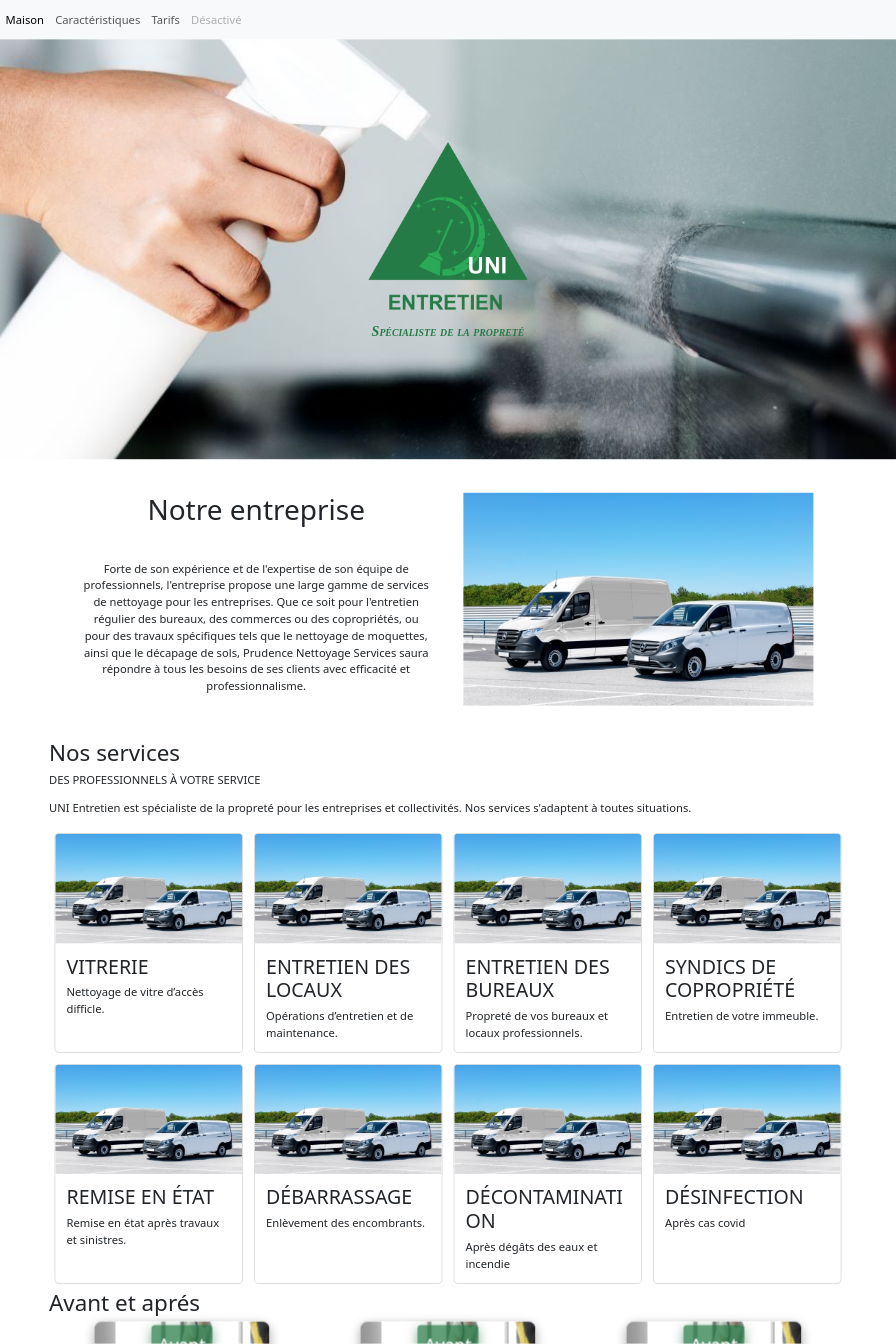
Repository: tomrib/site-UNI
Page: http://localhost/
These files come from the project's save history. The page is drawn as it stood at one moment and after the next save; the edit follows.
The browser window is 1280 px wide. The pictures show the part of the page from y = 0 to 1920 px (the page is 2652 px tall), at 70% of full size.
The page is run by PHP 8.4 with error messages shown; the project is at /var/www/html/.

Above is the page before, as saved 2023-12-01 10:31:01.

After the next save:
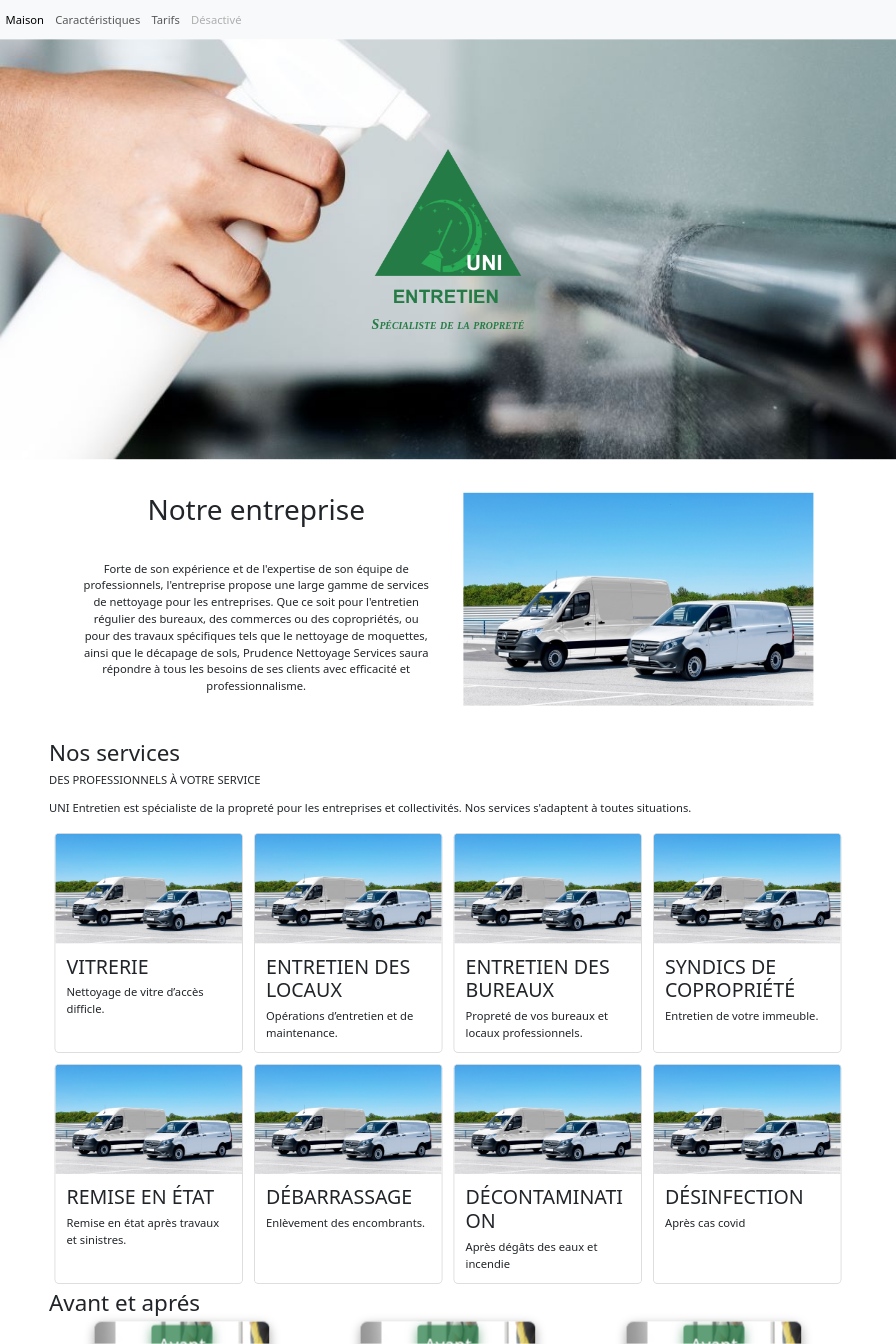
Saved 8 s later.
--- a/assets/css/style.css
+++ b/assets/css/style.css
@@ -27,7 +27,7 @@
 }
 
 .headLogo{
-    width: 250px;
+    width: 230px;
 }
 /* retire la bande blanc a droite*/
 .container, .container-fluid, .container-lg, .container-md, .container-sm, .container-xl, .container-xxl{
